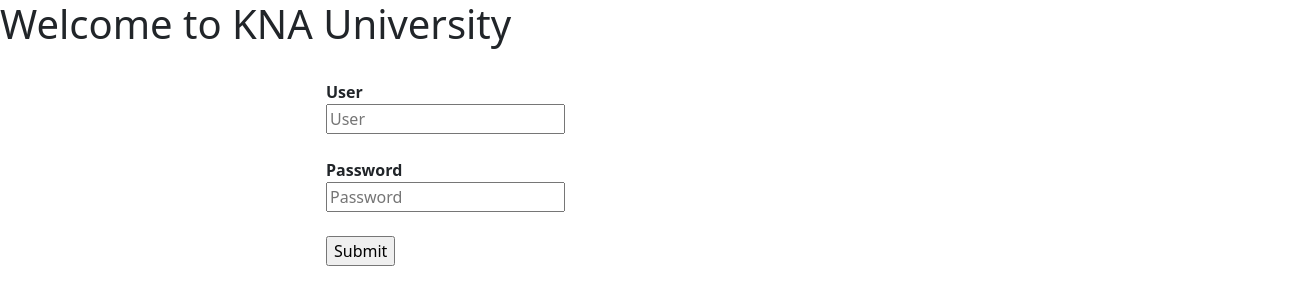
Repository: kavine24/CS490-Python-LMS
Page: html/index.html
These files come from the project's save history. The page is drawn as it stood at one moment and after the next save; the edit follows.
The browser window is 1280 px wide. The page is 1292 px wide, so the pictures cover 1292 px, including what lies to the right of the window. The pictures show the whole page.

Above is the page before, as saved 2022-04-03 18:06:15.

After the next save:
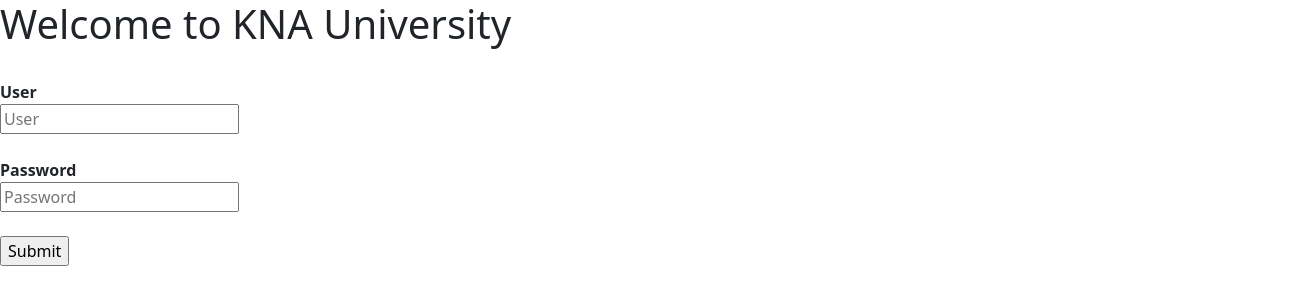
Saved 24 s later.
--- a/html/index.html
+++ b/html/index.html
@@ -9,8 +9,8 @@
   <body>
     <h1 id="indexLog">Welcome to KNA University</h1><br>
     <div class="row align-items-center justify-content-center">
-      <div class="col-6 align-self-center" id="divForm">
-        <form class="col-6 align-items-center" id="myForm" onsubmit="submitLogin()">
+      <div class="align-self-center" id="divForm">
+        <form class="justify-content-center" id="myForm" onsubmit="submitLogin()">
 
           <main>
             <strong>User</strong><br>

After the save that followed:
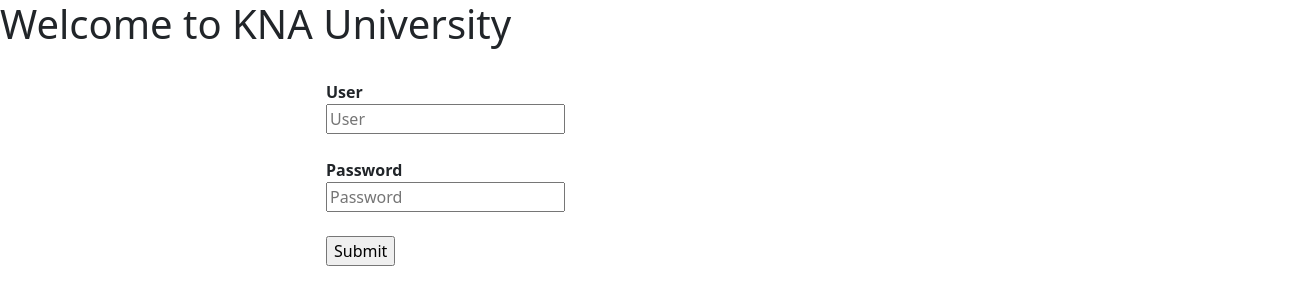
Saved 4 s later.
--- a/html/index.html
+++ b/html/index.html
@@ -9,7 +9,7 @@
   <body>
     <h1 id="indexLog">Welcome to KNA University</h1><br>
     <div class="row align-items-center justify-content-center">
-      <div class="align-self-center" id="divForm">
+      <div class="col-6 align-self-center" id="divForm">
         <form class="justify-content-center" id="myForm" onsubmit="submitLogin()">
 
           <main>
